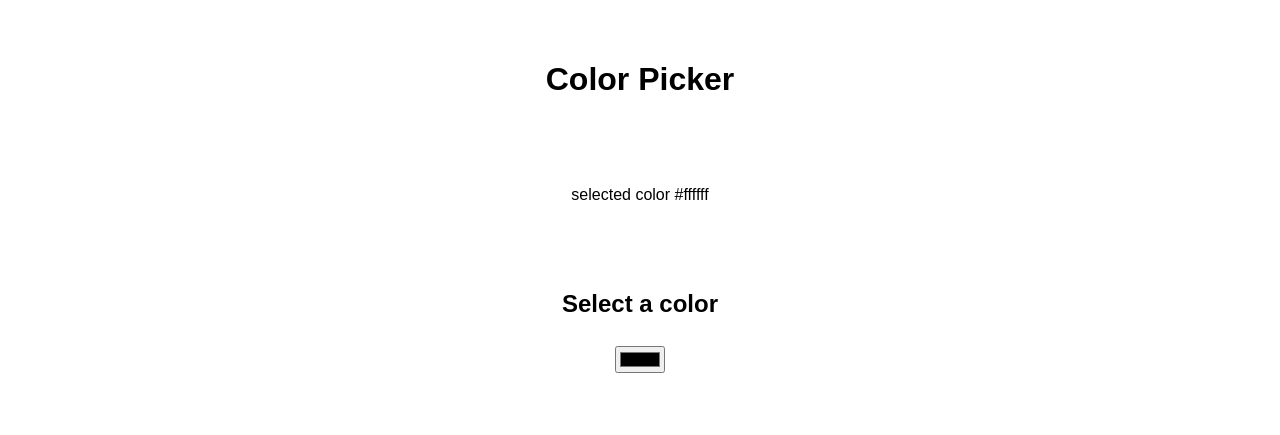
Repository: wakoya-tech/color-picker
Page: /
An editor plug-in stored every save of this project. The page is shown before and after the next save, followed by the edit.
The browser window is 1280 px wide. The pictures show the whole page.
The project was rebuilt for these pictures with package versions that can differ from the ones it lists, and the page was loaded fresh each time. Also part of the build but not shown: vite.config.js, src/index.css.

Above is the page before, as saved 2025-10-16 20:56:05.

After the next save:
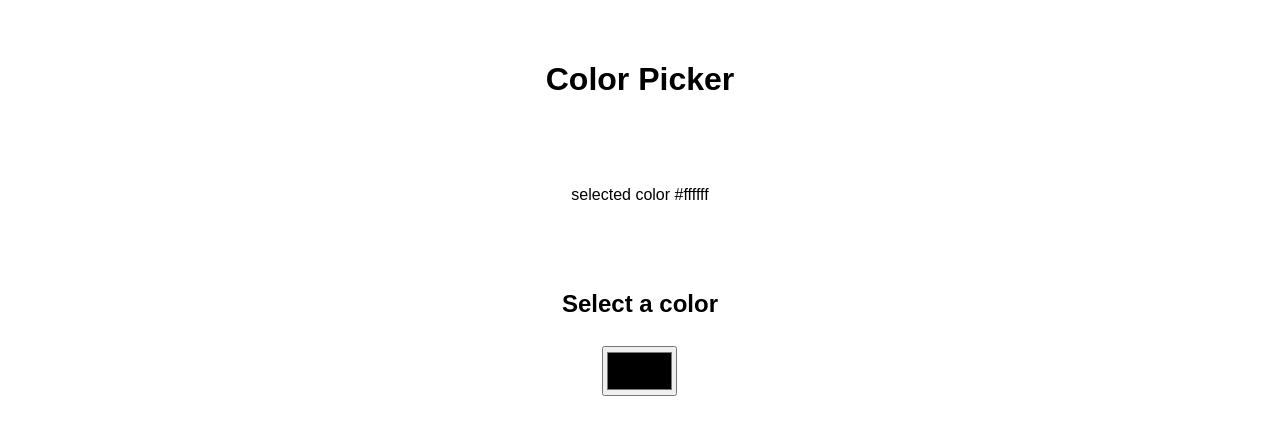
Saved 49 s later.
--- a/src/App.css
+++ b/src/App.css
@@ -32,3 +32,7 @@ label{
   font-weight: bold;
   margin-bottom: 10px;
 }
+input[type="color"]{
+  width: 75px;
+  height: 50px;
+}
